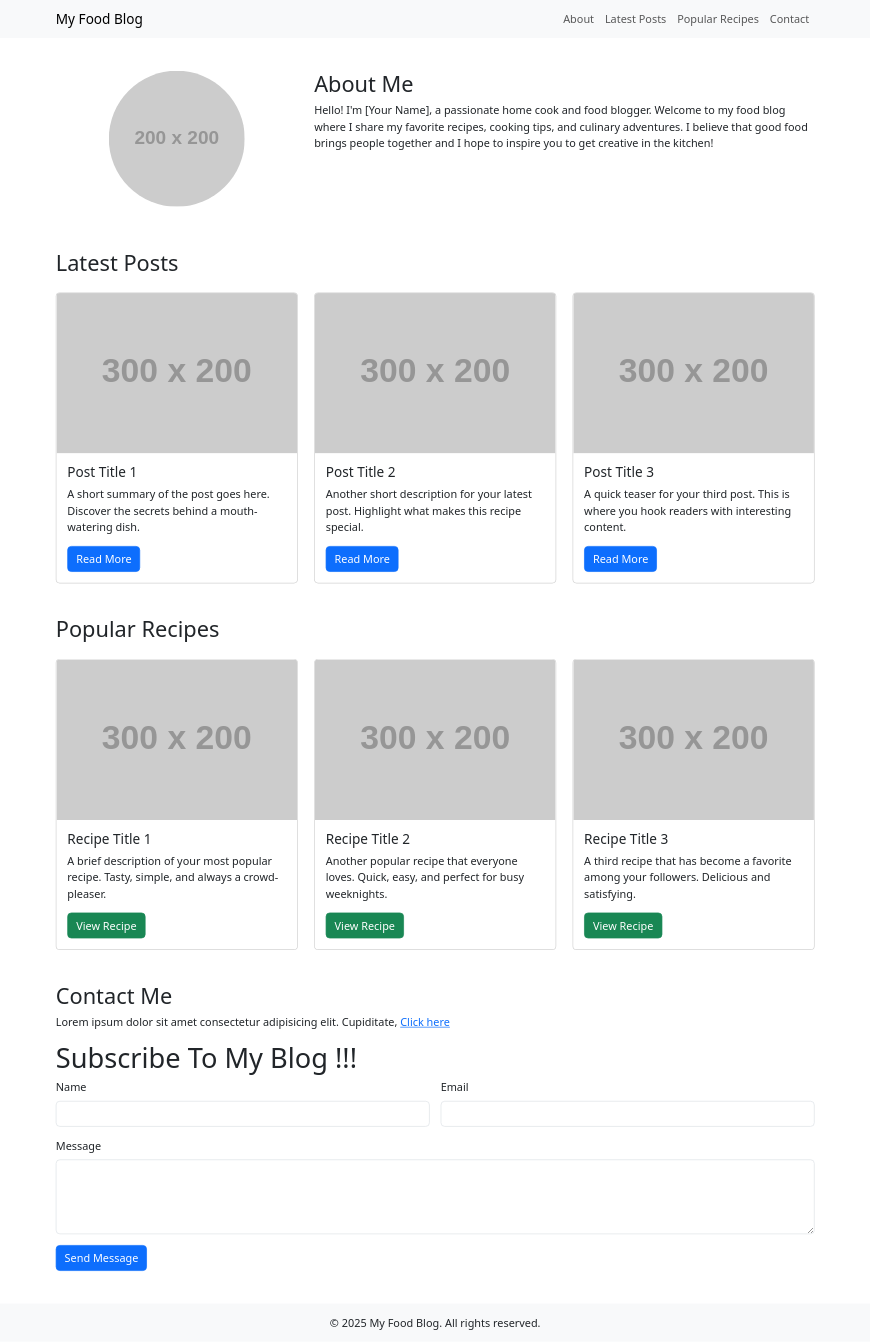
Repository: arunyerram/Web-TEChnologies
Page: 15.03.2025.html
These files come from the project's save history. The page is drawn as it stood at one moment and after the next save; the edit follows.
The browser window is 1280 px wide. The pictures show the whole page, at 68% of full size.

Above is the page before, as saved 2025-03-19 11:23:39.

After the next save:
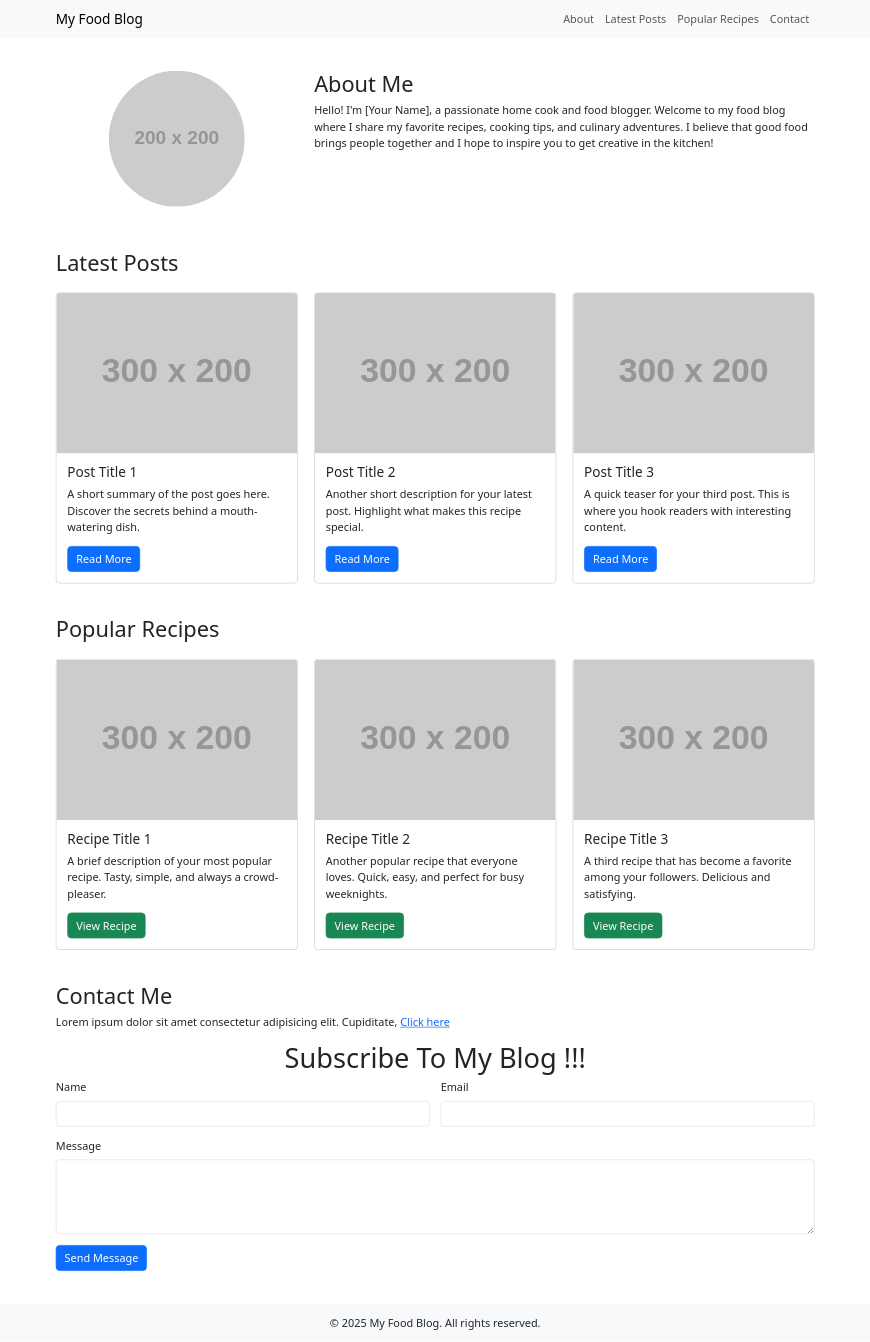
Saved 11 s later.
--- a/15.03.2025.html
+++ b/15.03.2025.html
@@ -206,7 +206,7 @@
 
 
     <section>
-      <h1 style=""> Subscribe To My Blog !!!</h1>
+      <h1 style="text-align : center"> Subscribe To My Blog !!!</h1>
       <form class="row g-3 needs-validation" novalidate>
         <div class="col-md-6">
           <label for="name" class="form-label">Name</label>
